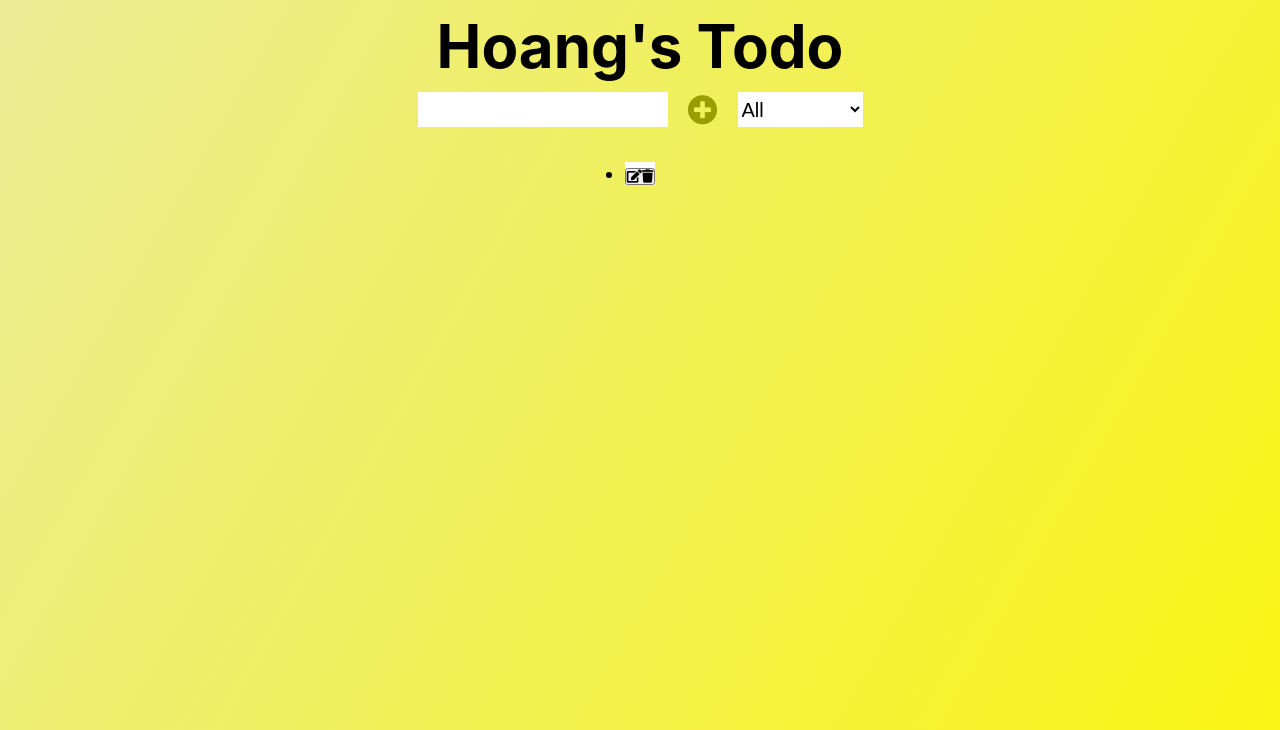
Repository: DinhHoang0607/TodoReact
Page: /
The author's editor kept a copy of each file at every save. The page is drawn from the files as they stood at one save, then again after the next save.
The browser window is 1280 px wide. The pictures show the whole page.
Some web libraries are served in a nearby version. The project was rebuilt for these pictures with package versions that can differ from the ones it lists, and the page was loaded fresh each time.

Above is the page before, as saved 2021-09-10 16:23:17.

### public/index.html
<!DOCTYPE html>
<html lang="en">
  <head>
    <meta charset="utf-8" />
    <link rel="icon" href="%PUBLIC_URL%/favicon.ico" />
    <meta name="viewport" content="width=device-width, initial-scale=1" />
    <meta name="theme-color" content="#000000" />
    <meta
      name="description"
      content="Web site created using create-react-app"
    />
    <link rel="apple-touch-icon" href="%PUBLIC_URL%/logo192.png" />
    <!--
      manifest.json provides metadata used when your web app is installed on a
      user's mobile device or desktop. See https://developers.google.com/web/fundamentals/web-app-manifest/
    -->
    <link rel="stylesheet" href="https://pro.fontawesome.com/releases/v5.10.0/css/all.css" integrity="sha384-AYmEC3Yw5cVb3ZcuHtOA93w35dYTsvhLPVnYs9eStHfGJvOvKxVfELGroGkvsg+p" crossorigin="anonymous"/>
    <link rel="manifest" href="%PUBLIC_URL%/manifest.json" />
    <!--
      Notice the use of %PUBLIC_URL% in the tags above.
      It will be replaced with the URL of the `public` folder during the build.
      Only files inside the `public` folder can be referenced from the HTML.

      Unlike "/favicon.ico" or "favicon.ico", "%PUBLIC_URL%/favicon.ico" will
      work correctly both with client-side routing and a non-root public URL.
      Learn how to configure a non-root public URL by running `npm run build`.
    -->
    <title>React App</title>
  </head>
  <body>
    <noscript>You need to enable JavaScript to run this app.</noscript>
    <div id="root"></div>
    <!--
      This HTML file is a template.
      If you open it directly in the browser, you will see an empty page.

      You can add webfonts, meta tags, or analytics to this file.
      The build step will place the bundled scripts into the <body> tag.

      To begin the development, run `npm start` or `yarn start`.
      To create a production bundle, use `npm run build` or `yarn build`.
    -->
  </body>
</html>

### src/App.js
import "./App.css";
import React, { useState } from "react";
import Form from "./components/Form";
import List from "./components/List";
function App() {
  const [inputText, setInputText] = useState("");
  const [listItem, setListItem] = useState([]);
  return (
    <div className="App">
      <header>
        <h1>Hoang's Todo</h1>
      </header>
      <Form
        listItem={listItem}
        setListItem={setListItem}
        setInputText={setInputText}
        inputText={inputText}
      />
      <List inputText={inputText} />
    </div>
  );
}

export default App;

### src/App.css
*,
*::before,
*::after {
  box-sizing: border-box;
  padding: 0;
  margin: 0;
}
html {
  font-size: 62.5%;
}
body {
  width: 100%;
  height: 100vh;
  background-image: linear-gradient(120deg, #ebec96 0%, #f8f414 100%);
}
header {
  font-size: 3rem;
  margin: 1rem auto;
}
header,
form {
  display: flex;
  justify-content: center;
  align-items: center;
}
.form__input {
  width: 25rem;
  height: 3.5rem;
  border: none;
  background: white;
}
.btn {
  cursor: pointer;
  display: flex;
  /* align-items: center;

  justify-content: center; */
}
.form__btn {
  color: #9a9c01;
  margin: auto 2rem;
  /* width: 3.5rem;
  height: 3.5rem; */
  /* border-radius: 50%; */
  font-size: 3rem;
  border: none;
  transition: all 0.3s ease;
  background: none;
}
.form__btn:hover {
  color: rgb(27, 247, 255);
}
.select__item {
  width: 12.5rem;
  height: 3.5rem;
  border: none;
  background: white;
  font-size: 2rem;
}
.select__item,
option {
  cursor: pointer;
}
.container {
  display: flex;
  justify-content: center;
  align-items: center;
}
/* .list {
  height: 3.5rem;
  width: 44rem;
  background-color: aliceblue;
  font-size: 2.5rem;
  margin-bottom: 1.5rem;
} */
.list:nth-child(1) {
  margin-top: 3rem;
}
.item{
  margin: 0.5rem;
  background: white;
  font-size: 2rem;
}

### src/components/Form.js
import React from "react";
const Form = ({ inputText, setInputText, listItem, setListItem }) => {
  const handleAddItem = (e) => {
    setInputText(e.target.value);
    console.log(e.target.value);
  };
  const handleSubmit = (e) => {
    e.preventDefault();
    setListItem([...listItem, {
      id: (Date.now() + "").slice(-10),
      status: false,
      text: inputText,
    }]);
      setInputText('')
  };
  return (
    <form className="form">
      <input value={inputText} onChange={handleAddItem} type="text" className="form__input" />
      <button className="form__btn btn" onClick={handleSubmit} type="submit">
        <i class="fas fa-plus-circle"></i>
      </button>
      <div className="form__select">
        <select name="items" className="select__item">
          <option value="all" selected="selected">
            All
          </option>
          <option value="completed">Completed</option>
          <option value="inProcess">InProcess</option>
        </select>
      </div>
    </form>
  );
};

export default Form;

### src/components/List.js
import React from "react";
import Item from "./Item";

const List = ({ inputText }) => {
  return (
    <div className="container">
      <ul className="list">
        <Item />
      </ul>
    </div>
  );
};

export default List;

### src/components/Item.js
import React from "react";

const Item = ({ listItem }) => {
  return (
    <div className="item">
      <li className="item__li">
        <button className="btn item__btn">
          <i className="fas fa-edit"></i>
          <i className="fas fa-trash"></i>
        </button>
      </li>
    </div>
  );
};

export default Item;

Loaded but not shown: src/index.js (common file); src/index.css (common file); src/reportWebVitals.js (common file)

After the next save:
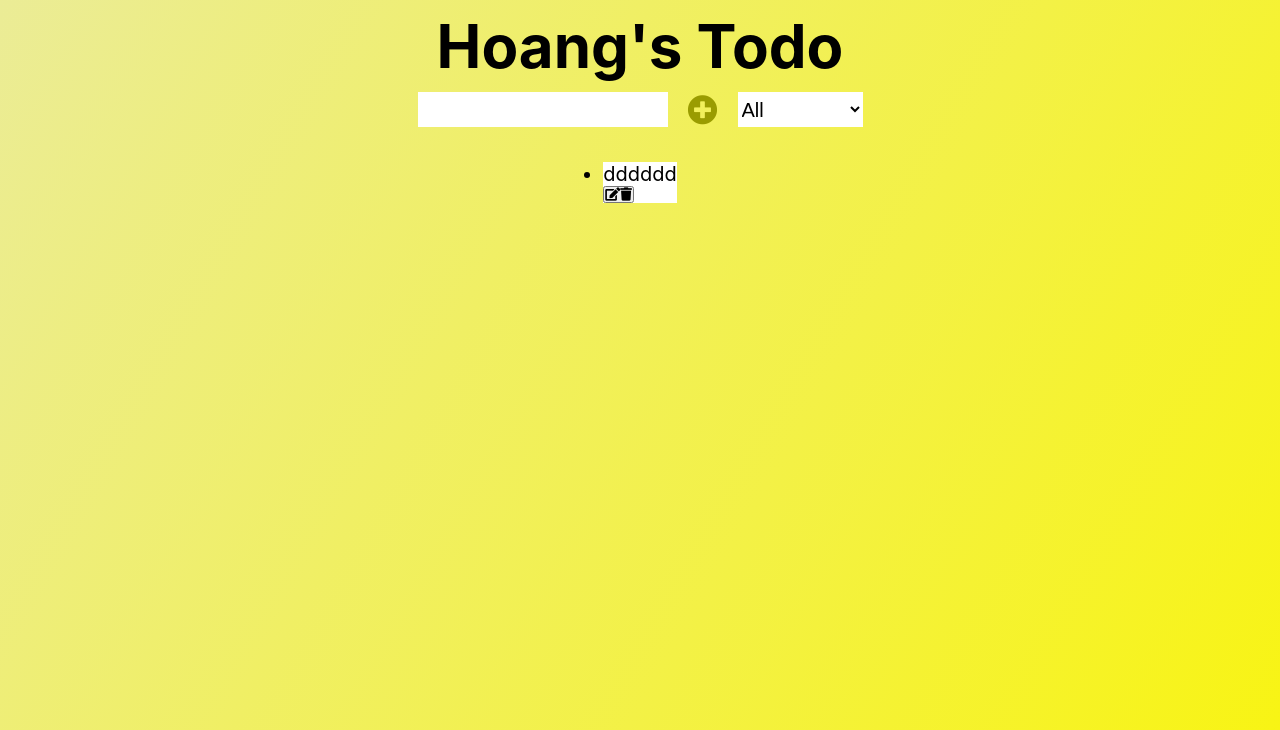
Saved 18 s later.
--- a/src/components/Item.js
+++ b/src/components/Item.js
@@ -3,7 +3,7 @@ import React from "react";
 const Item = ({ listItem }) => {
   return (
     <div className="item">
-      <li className="item__li">
+      <li className="item__li">dddddd
         <button className="btn item__btn">
           <i className="fas fa-edit"></i>
           <i className="fas fa-trash"></i>
